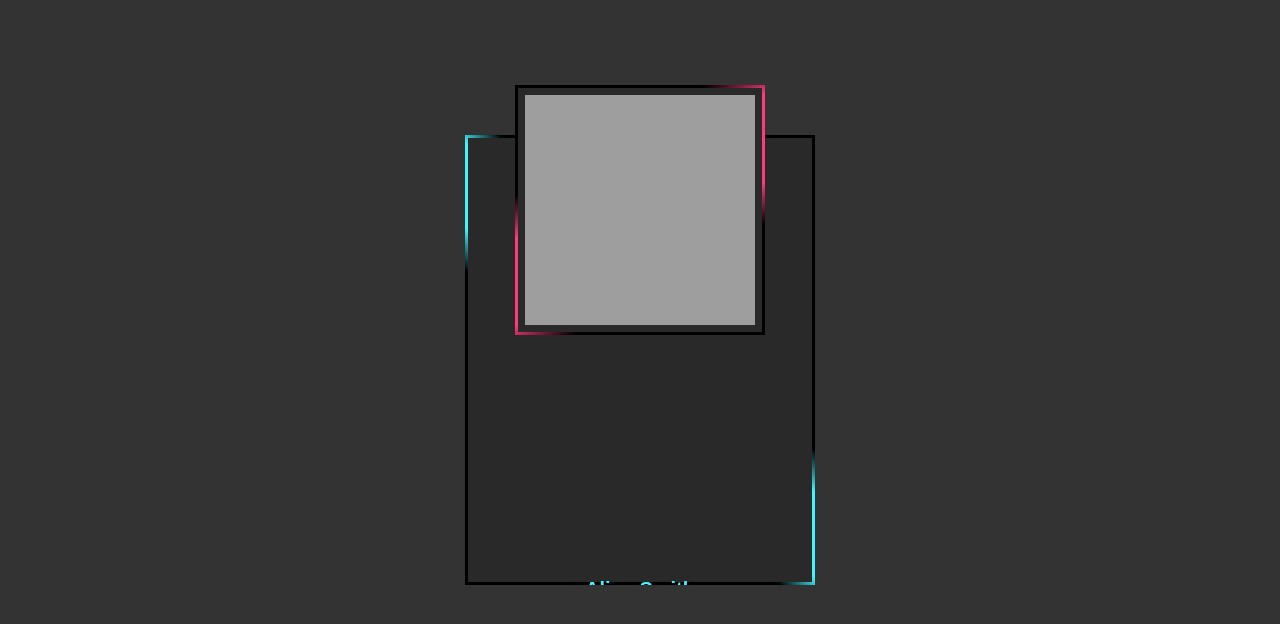
Repository: SeungYn/Javascript-study-toy
Page: profile-card/index.html
The author's editor kept a copy of each file at every save. The page is drawn from the files as they stood at one save, then again after the next save.
The browser window is 1280 px wide. The pictures show the whole page.
The pointer rests on the first visible `.card`.
Pictures or frames that could not be fetched are drawn as grey boxes.

Above is the page before, as saved 2023-01-12 15:56:57.

### profile-card/index.html
<!DOCTYPE html>
<html lang="en">
  <head>
    <meta charset="UTF-8" />
    <meta http-equiv="X-UA-Compatible" content="IE=edge" />
    <meta name="viewport" content="width=device-width, initial-scale=1.0" />
    <title>Document</title>
    <link rel="stylesheet" href="./style.css" />
  </head>
  <body>
    <div class="card">
      <div class="lines"></div>
      <div class="imgBx">
        <img src="수업자료.jpg" />
      </div>
      <div class="content">
        <div class="details">
          <h2>Alina Smith<br /><span>Senior UX/UI Designer</span></h2>
          <div class="data">
            <h3>342<br /><span>Posts</span></h3>
            <h3>120k<br /><span>Followers</span></h3>
            <h3>285<br /><span>Followers</span></h3>
          </div>
          <div class="actionBtn">
            <button>Follow</button>
            <button>Message</button>
          </div>
        </div>
      </div>
    </div>
  </body>
</html>

### profile-card/style.css
@import url('https://fonts.googleapis.com/css?family-Popins:100,200,300,400,500,600,700,800,900');

* {
  margin: 0;
  padding: 0;
  box-sizing: border-box;
  font-family: 'Popins', sans-serif;
}

body {
  display: flex;
  justify-content: center;
  align-items: center;
  min-height: 100vh;
  background: #333;
}

.card {
  position: relative;
  width: 350px;
  height: 190px;
  background: #333;
  transition: 0.5s;
}

.card:hover {
  height: 450px;
}

.card .lines {
  position: absolute;
  inset: 0;
  background: #000;
  overflow: hidden;
}

.card .lines::before {
  content: '';
  position: absolute;
  top: 50%;
  left: 50%;
  transform: translate(-50%, -50%);
  width: 600px;
  height: 120px;
  background: linear-gradient(
    transparent,
    #45f3ff,
    #45f3ff,
    #45f3ff,
    transparent
  );
  animation: animate 4s linear infinite;
}

@keyframes animate {
  0% {
    transform: translate(-50%, -50%) rotate(0deg);
  }

  100% {
    transform: translate(-50%, -50%) rotate(360deg);
  }
}

.card .lines::after {
  content: '';
  position: absolute;
  inset: 3px;
  background-color: #292929;
}

.card .imgBx {
  position: absolute;
  left: 50%;
  top: -50px;
  transform: translateX(-50%);
  width: 150px;
  height: 150px;
  background: #000;
  transition: 0.5s;
  z-index: 10;
  overflow: hidden;
}

.card:hover .imgBx {
  width: 250px;
  height: 250px;
}
.card .imgBx::before {
  content: '';
  position: absolute;
  top: 50%;
  left: 50%;
  width: 500px;
  height: 150px;
  transform: translate(-50%, -50%);
  background: linear-gradient(
    transparent,
    #ff3c7b,
    #ff3c7b,
    #ff3c7b,
    transparent
  );
  animation: animate2 6s linear infinite;
}

@keyframes animate2 {
  0% {
    transform: translate(-50%, -50%) rotate(360deg);
  }

  100% {
    transform: translate(-50%, -50%) rotate(0deg);
  }
}

.card .imgBx::after {
  content: '';
  position: absolute;
  inset: 3px;
  background: #292929;
}

.card .imgBx img {
  position: absolute;
  top: 10px;
  left: 10px;
  z-index: 1;
  width: calc(100% - 20px);
  height: calc(100% - 20px);
  filter: grayscale(1);
}

.card .content {
  position: absolute;
  width: 100%;
  height: 100%;
  display: flex;
  justify-content: center;
  align-items: flex-end;
  overflow: hidden;
}

.card .content .details {
  padding: 40px;
  text-align: center;
  width: 100%;
  transition: 0.5s;
  transform: translateY(145px);
}

.card:hover .content .details {
}

.card .content .details h2 {
  font-size: 1.25em;
  font-weight: 600;
  color: #45f3ff;
  line-height: 1.2em;
}

.card .content .details h2 span {
  font-size: 0.75em;
  font-weight: 500;
  color: #fff;
}

.card .content .details .data {
  display: flex;
  justify-content: space-between;
}

After the next save:
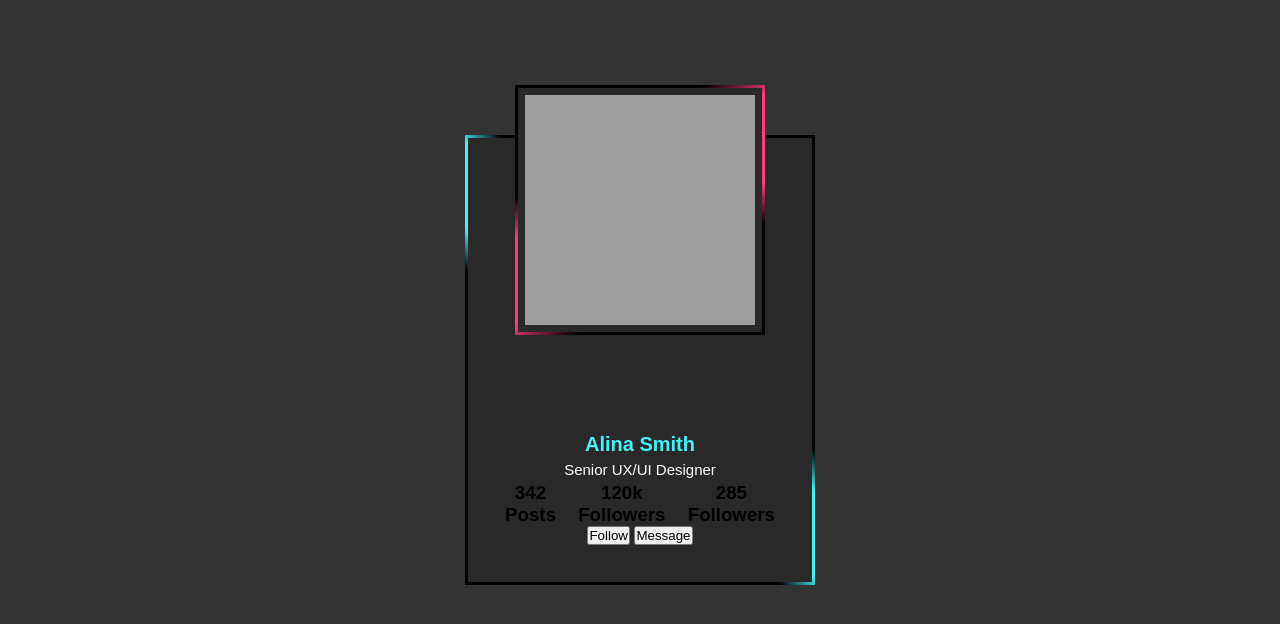
Saved 23 s later.
--- a/profile-card/style.css
+++ b/profile-card/style.css
@@ -150,6 +150,7 @@ body {
 }
 
 .card:hover .content .details {
+  transform: translateY(0);
 }
 
 .card .content .details h2 {
